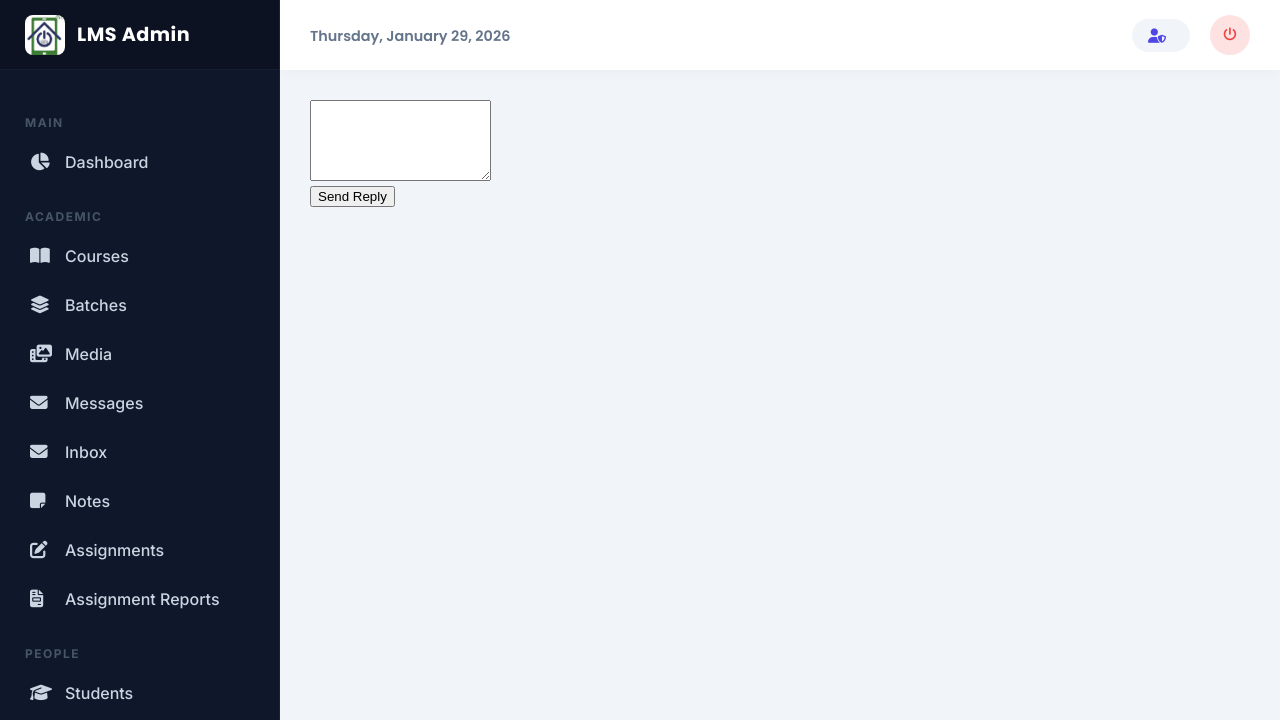
Repository: Mahendher979Python/lms-project
Page: lmsbuild/templates/message/admin/reply.html
An editor plug-in stored every save of this project. The page is shown before and after a run of saves, followed by the edit.
The browser window is 1280 px wide. The pictures show the whole page.
The template is drawn by Django 5.2. The application's start-up code is not run. Other server files are loaded and not shown. The template is opened directly, without the code that normally fills it, so the values that code supplies are empty.

Above is the page before, as saved 2026-01-31 12:41:54.

### lmsbuild/templates/message/admin/reply.html
{% extends "accounts/admin/base.html" %}
{% block content %}

<form method="post">
{% csrf_token %}
<textarea name="body" rows="5"></textarea><br>
<button>Send Reply</button>
</form>

{% endblock %}

### lmsbuild/templates/accounts/admin/base.html
{% load static %}
<!DOCTYPE html>
<html lang="en">
<head>
  <meta charset="UTF-8">
  <title>LMS Admin | Dashboard</title>
  <meta name="viewport" content="width=device-width, initial-scale=1.0">

  <link href="https://fonts.googleapis.com/css2?family=Inter:wght@300;400;500;600;700&family=Poppins:wght@400;500;600;700&display=swap" rel="stylesheet">
  <link rel="stylesheet" href="https://cdnjs.cloudflare.com/ajax/libs/font-awesome/6.4.0/css/all.min.css">
  <script src="https://cdn.jsdelivr.net/npm/sweetalert2@11"></script>

  <style>
    /* --- CSS Variables --- */
    :root {
      --primary: #4f46e5;
      --primary-dark: #4338ca;
      --secondary: #64748b;
      --success: #10b981;
      --danger: #ef4444;
      --dark-bg: #0f172a;
      --light-bg: #f1f5f9;
      --white: #ffffff;
      --glass: rgba(255, 255, 255, 0.1);
      --sidebar-width: 280px;
      --topbar-height: 70px;
    }

    * { box-sizing: border-box; }

    body {
      margin: 0;
      padding: 0;
      font-family: 'Inter', sans-serif;
      background-color: var(--light-bg);
      height: 100vh;
      width: 100vw;
      overflow: hidden; /* Strict no-scroll for body */
      display: flex;
    }

    /* --- SIDEBAR (Fixed) --- */
    .sidebar {
      width: var(--sidebar-width);
      min-width: var(--sidebar-width); /* Prevent shrinking */
      background: var(--dark-bg);
      color: #94a3b8;
      display: flex;
      flex-direction: column;
      height: 100vh;
      border-right: 1px solid rgba(255,255,255,0.05);
      z-index: 100;
    }

    .brand {
      height: var(--topbar-height);
      min-height: var(--topbar-height);
      display: flex;
      align-items: center;
      padding: 0 25px;
      border-bottom: 1px solid rgba(255,255,255,0.05);
      background: rgba(0,0,0,0.2);
    }

    .brand img {
      width: 40px;
      height: 40px;
      border-radius: 8px;
      margin-right: 12px;
      object-fit: cover;
    }

    .brand h2 {
      color: var(--white);
      font-family: 'Poppins', sans-serif;
      font-size: 1.2rem;
      margin: 0;
      font-weight: 700;
      letter-spacing: 0.5px;
    }

    /* Sidebar Navigation Area */
    .nav-menu {
      flex: 1;
      overflow-y: auto;
      padding: 20px 15px;
      scrollbar-width: thin;
      scrollbar-color: #334155 transparent;
    }

    .section-title {
      font-size: 0.75rem;
      text-transform: uppercase;
      letter-spacing: 1.5px;
      color: #475569;
      margin: 25px 10px 10px;
      font-weight: 700;
    }

    .nav-link {
      display: flex;
      align-items: center;
      padding: 12px 15px;
      color: #cbd5e1;
      text-decoration: none;
      border-radius: 12px;
      margin-bottom: 5px;
      font-weight: 500;
      transition: all 0.2s ease-in-out;
      position: relative;
      cursor: pointer;
    }

    .nav-link i {
      width: 25px;
      font-size: 1.1rem;
      margin-right: 10px;
      transition: transform 0.2s;
    }

    /* Hover Effects */
    .nav-link:hover {
      background: var(--glass);
      color: var(--white);
      transform: translateX(3px);
    }

    .nav-link:hover i {
      color: var(--primary);
    }

    /* Active State */
    .nav-link.active {
      background: linear-gradient(90deg, var(--primary) 0%, var(--primary-dark) 100%);
      color: var(--white);
      box-shadow: 0 4px 15px rgba(79, 70, 229, 0.4);
    }

    /* --- MAIN CONTENT AREA --- */
    .main-wrapper {
      flex: 1;
      display: flex;
      flex-direction: column;
      height: 100vh;
      overflow: hidden;
      width: calc(100% - var(--sidebar-width));
    }

    /* Topbar */
    .topbar {
      height: var(--topbar-height);
      min-height: var(--topbar-height);
      background: var(--white);
      display: flex;
      align-items: center;
      justify-content: space-between;
      padding: 0 30px;
      box-shadow: 0 2px 15px rgba(0,0,0,0.03);
      z-index: 50;
    }

    .page-title {
      font-family: 'Poppins', sans-serif;
      font-weight: 600;
      color: var(--primary-dark);
      font-size: 1.1rem;
    }

    .user-actions {
      display: flex;
      align-items: center;
      gap: 20px;
    }

    .user-pill {
      background: #f1f5f9;
      padding: 8px 16px;
      border-radius: 30px;
      font-size: 0.9rem;
      font-weight: 600;
      color: #334155;
    }

    /* Logout Button */
    .logout-btn {
      width: 40px;
      height: 40px;
      border-radius: 50%;
      background: #fee2e2;
      color: var(--danger);
      display: flex;
      align-items: center;
      justify-content: center;
      text-decoration: none;
      transition: all 0.3s;
      border: none;
      cursor: pointer;
    }

    .logout-btn:hover {
      background: var(--danger);
      color: white;
      transform: rotate(90deg);
      box-shadow: 0 0 15px rgba(239, 68, 68, 0.5);
    }

    /* --- SCROLLABLE CONTENT --- */
    .content-area {
      flex: 1;
      padding: 30px;
      overflow-y: auto;
      scroll-behavior: smooth;
    }

    /* Custom Scrollbar */
    ::-webkit-scrollbar { width: 6px; }
    ::-webkit-scrollbar-track { background: transparent; }
    ::-webkit-scrollbar-thumb { background: #cbd5e1; border-radius: 10px; }
    ::-webkit-scrollbar-thumb:hover { background: #94a3b8; }
    .sidebar .nav-menu::-webkit-scrollbar-thumb { background: #334155; }

    /* --- ALERTS --- */
    .alert-container {
      position: fixed;
      top: 90px;
      right: 30px;
      z-index: 1000;
      display: flex;
      flex-direction: column;
      gap: 10px;
    }

    .alert {
      padding: 15px 20px;
      border-radius: 10px;
      background: white;
      border-left: 5px solid var(--primary);
      box-shadow: 0 10px 25px rgba(0,0,0,0.1);
      animation: slideIn 0.5s ease forwards;
      min-width: 300px;
      display: flex;
      align-items: center;
      justify-content: space-between;
    }

    @keyframes slideIn {
      from { transform: translateX(100%); opacity: 0; }
      to { transform: translateX(0); opacity: 1; }
    }

    .alert-close { cursor: pointer; color: #94a3b8; }
    .alert-close:hover { color: #000; }
  </style>

  {% block extra_head %}{% endblock %}
</head>
<body>

  <aside class="sidebar">
    <div class="brand">
      <img src="{% static 'images/Speshwaylogo.jpg' %}" alt="Logo">
      <h2>LMS Admin</h2>
    </div>

    <nav class="nav-menu" id="sidebarMenu">
      <div class="section-title">Main</div>

      <a href="{% url 'admin_dashboard' %}" class="nav-link {% if request.resolver_match.url_name == 'admin_dashboard' %}active{% endif %}">
        <i class="fa-solid fa-chart-pie"></i> Dashboard
      </a>

      <div class="section-title">Academic</div>

      <a href="{% url 'admin_course_list' %}" class="nav-link {% if 'course' in request.resolver_match.url_name %}active{% endif %}">
        <i class="fa-solid fa-book-open"></i> Courses
      </a>

      <a href="{% url 'admin_batch_list' %}" class="nav-link {% if 'batch' in request.resolver_match.url_name %}active{% endif %}">
        <i class="fa-solid fa-layer-group"></i> Batches
      </a>

      <a href="{% url 'admin_media_list' %}"
        class="nav-link {% if 'media' in request.resolver_match.url_name %}active{% endif %}">
          <i class="fa-solid fa-photo-film"></i> Media
      </a>

<a href="{% url 'send_message' %}"
   class="nav-link {% if 'message' in request.resolver_match.url_name %}active{% endif %}">
   <i class="fa-solid fa-envelope"></i> Messages
</a>

<a href="{% url 'inbox' %}"
   class="nav-link {% if 'inbox' in request.resolver_match.url_name %}active{% endif %}">
   <i class="fa-solid fa-envelope"></i> Inbox
</a>



      <a href="{% url 'admin_notes_list' %}" class="nav-link {% if 'notes' in request.resolver_match.url_name %}active{% endif %}">
        <i class="fa-solid fa-sticky-note"></i> Notes
      </a>

      <a href="{% url 'assignments:admin_pending_assignments' %}" class="nav-link {% if 'assignments' in request.resolver_match.url_name %}active{% endif %}">
        <i class="fa-solid fa-pen-to-square"></i> Assignments
      </a>
      <a href="{% url 'assignments:admin_overall_report' %}" class="nav-link {% if 'report' in request.resolver_match.url_name %}active{% endif %}">
        <i class="fa-solid fa-file-invoice"></i> Assignment Reports
      </a>

      <div class="section-title">People</div>

      <a href="{% url 'admin_students' %}" class="nav-link {% if 'students' in request.resolver_match.url_name %}active{% endif %}">
        <i class="fa-solid fa-graduation-cap"></i> Students
      </a>

      <a href="{% url 'trainer_list' %}" class="nav-link {% if 'trainer' in request.resolver_match.url_name %}active{% endif %}">
        <i class="fa-solid fa-chalkboard-user"></i> Trainers
      </a>

      <a href="{% url 'admin_user_list' %}" class="nav-link {% if 'user_list' in request.resolver_match.url_name %}active{% endif %}">
        <i class="fa-solid fa-users"></i> All Users
      </a>

      <div class="section-title">Management</div>
      <a href="{% url 'admin_attendance_list' %}" class="nav-link {% if 'attendance_list' in request.resolver_match.url_name %}active{% endif %}">
        <i class="fa-solid fa-calendar-check"></i> Attendance
      </a>
      <a href="{% url 'admin_monthly_report' %}" class="nav-link {% if 'report' in request.resolver_match.url_name %}active{% endif %}">
        <i class="fa-solid fa-chart-line"></i> Reports
      </a>

      <div class="section-title">System</div>

      <a href="{% url 'admin_media_list' %}"
        class="nav-link {% if request.resolver_match.url_name == 'admin_media_list' %}active{% endif %}">
        <i class="fa-solid fa-images"></i> Media & Ads
      </a>

      {% if request.user.role == "admin" or request.user.role == "superadmin" %}
        <div class="section-title">Advanced</div>
        <a href="{% url 'admin_student_list' %}" class="nav-link {% if 'student_list' in request.resolver_match.url_name %}active{% endif %}">
            <i class="fa-solid fa-id-card"></i> Student Profiles
        </a>
        <a href="{% url 'admin_trainer_list' %}" class="nav-link {% if 'trainer_list' in request.resolver_match.url_name %}active{% endif %}">
            <i class="fa-solid fa-id-badge"></i> Trainer Profiles
        </a>
      {% endif %}

      <hr style="border-color:rgba(255,255,255,0.05); margin: 20px 10px;">

      <a href="javascript:void(0);" class="nav-link">
        <i class="fa-solid fa-pen-to-square"></i> Edit Profile
      </a>

      <a href="{% url 'admin_settings' %}" class="nav-link {% if request.resolver_match.url_name == 'admin_settings' %}active{% endif %}">
        <i class="fa-solid fa-gear"></i> Admin Settings
      </a>

    </nav>
  </aside>

  <div class="main-wrapper">

    <header class="topbar">
      <div class="page-title">
        <span id="currentDate" style="color:#64748b; font-size:0.9rem;"></span>
      </div>

      <div class="user-actions">
        <div class="user-pill">
          <i class="fa-solid fa-user-shield" style="margin-right:8px; color:var(--primary);"></i>
          {{ request.user.username|title }}
        </div>

        <button onclick="confirmLogout()" class="logout-btn" title="Logout">
          <i class="fa-solid fa-power-off"></i>
        </button>
      </div>
    </header>

    <main class="content-area">

      {% if messages %}
      <div class="alert-container">
        {% for message in messages %}
        <div class="alert">
          <span>{{ message }}</span>
          <span class="alert-close" onclick="this.parentElement.style.display='none'">&times;</span>
        </div>
        {% endfor %}
      </div>
      {% endif %}

      {% block content %}{% endblock %}

    </main>
  </div>

<script>
  // 1. Dynamic Date Display
  const options = { weekday: 'long', year: 'numeric', month: 'long', day: 'numeric' };
  document.getElementById('currentDate').innerText = new Date().toLocaleDateString('en-US', options);

  // 2. SweetAlert Logout
  function confirmLogout() {
    Swal.fire({
      title: 'Are you leaving?',
      text: "You will be logged out of the admin panel.",
      icon: 'warning',
      showCancelButton: true,
      confirmButtonColor: '#ef4444',
      cancelButtonColor: '#64748b',
      confirmButtonText: 'Yes, Logout',
      background: '#fff',
      borderRadius: '15px'
    }).then((result) => {
      if (result.isConfirmed) {
        window.location.href = "{% url 'logout' %}";
      }
    })
  }

  // 3. Auto-hide Messages
  setTimeout(function() {
    const alerts = document.querySelectorAll('.alert');
    alerts.forEach(alert => {
      alert.style.transition = "opacity 0.5s ease";
      alert.style.opacity = '0';
      setTimeout(() => alert.style.display = 'none', 500);
    });
  }, 4000);

  // 4. Sidebar Scroll Preservation
  document.addEventListener("DOMContentLoaded", function(event) {
      var sidebar = document.getElementById("sidebarMenu");
      var scrollPos = localStorage.getItem('sidebarScrollPos');
      if (scrollPos) {
          sidebar.scrollTop = scrollPos;
      }
  });

  window.onbeforeunload = function(e) {
      var sidebar = document.getElementById("sidebarMenu");
      localStorage.setItem('sidebarScrollPos', sidebar.scrollTop);
  };
</script>

{% block scripts %}{% endblock %}

</body>
</html>

After the next 2 saves:
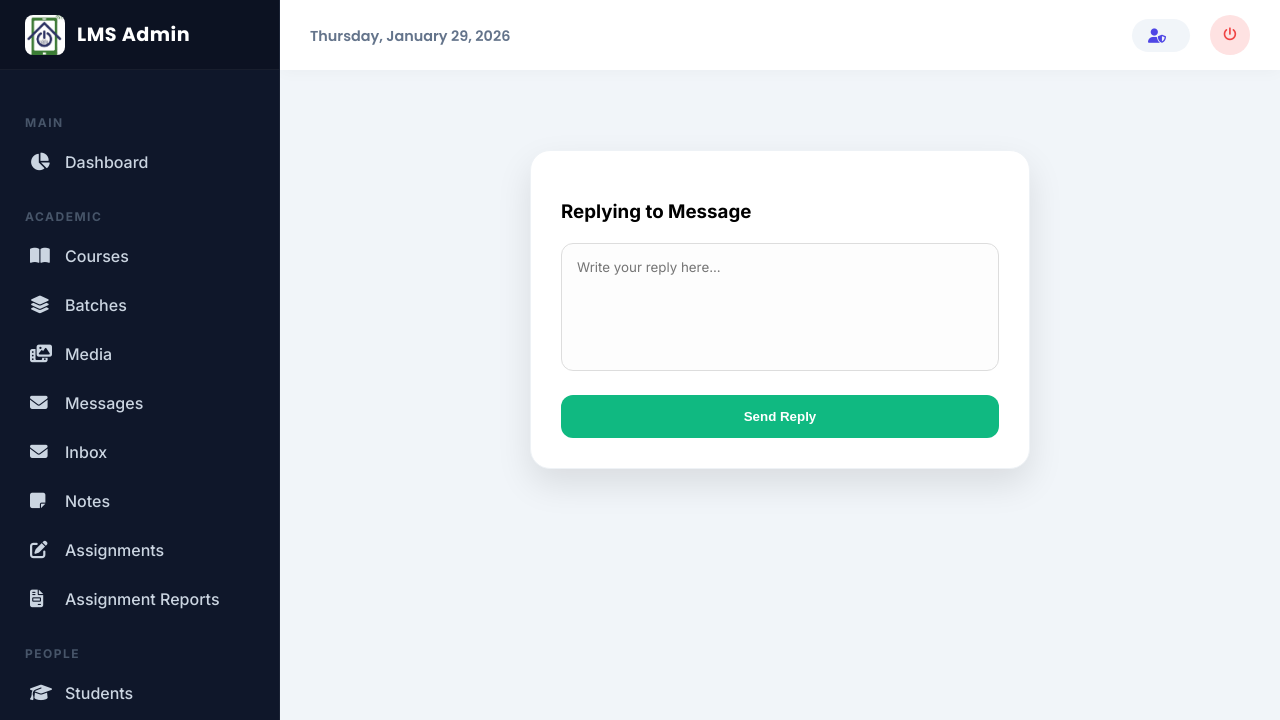
The 2 saves are shown as one change because 1 did not build or start.
The last was saved 23 s later.
--- a/lmsbuild/templates/message/admin/reply.html
+++ b/lmsbuild/templates/message/admin/reply.html
@@ -1,10 +1,36 @@
 {% extends "accounts/admin/base.html" %}
 {% block content %}
 
-<form method="post">
-{% csrf_token %}
-<textarea name="body" rows="5"></textarea><br>
-<button>Send Reply</button>
-</form>
+<style>
+    .reply-container {
+        max-width: 500px;
+        margin: 50px auto;
+        background: #ffffff;
+        padding: 30px;
+        border-radius: 20px;
+        box-shadow: 0 15px 35px rgba(0,0,0,0.1);
+        border: 1px solid #eef2f6;
+    }
+    textarea {
+        width: 100%; border: 1px solid #ddd; border-radius: 12px;
+        padding: 15px; margin-bottom: 20px; font-family: inherit;
+        background: #fdfdfd; resize: none;
+    }
+    .send-btn {
+        background: #10b981; color: white; border: none;
+        width: 100%; padding: 14px; border-radius: 12px;
+        font-weight: bold; cursor: pointer; transform: translateY(0);
+        transition: 0.2s;
+    }
+    .send-btn:hover { background: #059669; transform: translateY(-2px); }
+</style>
 
+<div class="reply-container">
+    <h3 style="margin-bottom: 20px;">Replying to Message</h3>
+    <form method="post">
+        {% csrf_token %}
+        <textarea name="body" rows="6" placeholder="Write your reply here..." required></textarea>
+        <button class="send-btn">Send Reply</button>
+    </form>
+</div>
 {% endblock %}
